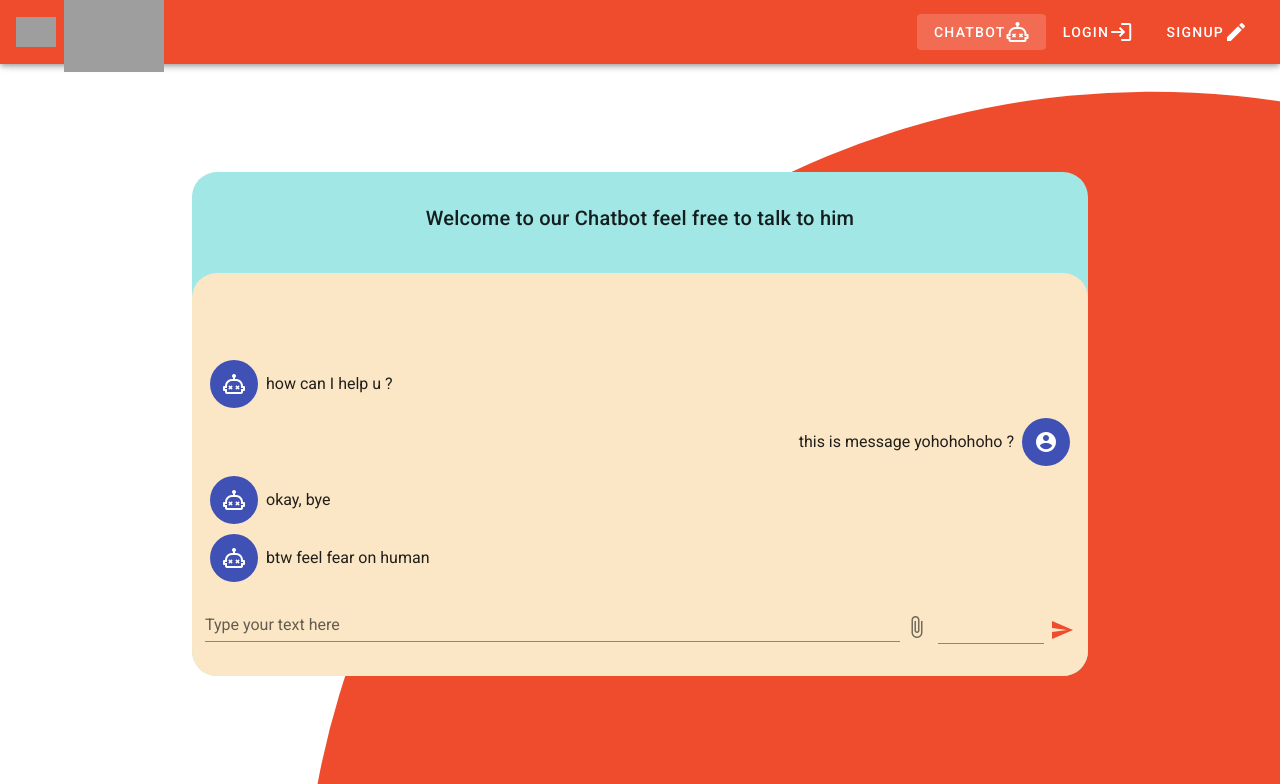
Repository: atout811/pyTorch-Hackathon
Page: /chatbot (app in frontend/)
The author's editor kept a copy of each file at every save. The page is drawn from the files as they stood at one save, then again after the next save.
The browser window is 1280 px wide. The pictures show the whole page.
Pictures or frames that could not be fetched are drawn as grey boxes. The project was rebuilt for these pictures with package versions that can differ from the ones it lists, and the page was loaded fresh each time. Also part of the build but not shown: frontend/vue.config.js, frontend/src/views/Home.vue.

Above is the page before, as saved 2021-10-21 17:09:52.

### frontend/src/main.js
import Vue from 'vue'
import App from './App.vue'
import './registerServiceWorker'
import router from './router'
import store from './store'
import vuetify from './plugins/vuetify'
import instance from './plugins/axios'

Vue.config.productionTip = false
Vue.prototype.$axios = instance;

new Vue({
  router,
  store,
  vuetify,
  render: function (h) { return h(App) }
}).$mount('#app')

### frontend/src/App.vue
<template>
  <v-app>
    <v-app-bar app color="primary" dark>
      <div class="d-flex align-center">
        <v-img
          alt="Vuetify Logo"
          class="shrink mr-2"
          contain
          src="https://cdn.vuetifyjs.com/images/logos/vuetify-logo-dark.png"
          transition="scale-transition"
          width="40"
        />

        <v-img
          alt="Vuetify Name"
          class="shrink mt-1 hidden-sm-and-down"
          contain
          min-width="100"
          src="https://cdn.vuetifyjs.com/images/logos/vuetify-name-dark.png"
          width="100"
        />
      </div>

      <v-spacer></v-spacer>
      <v-btn to="/chatbot" text>
        <v-text>Chatbot</v-text>
        <v-icon>mdi-robot-dead-outline</v-icon>
      </v-btn>
      <v-btn to="/login" text>
        <v-text>Login</v-text>
        <v-icon>mdi-login</v-icon>
      </v-btn>
      <v-btn to="/signup" text>
        <v-text>Signup</v-text>
        <v-icon>mdi-pencil</v-icon>
      </v-btn>
    </v-app-bar>

    <v-main class="bubble">
      <router-view />
    </v-main>
  </v-app>
</template>

<script>
export default {
  name: "App",

  data: () => ({
    //
  }),
};
</script>
<style>
.bubble::before {
  background-color: var(--v-primary-base);
  clip-path: circle(80% at 90% 120%);
  width: 100%;
  height: 100%;
  content: "";
  position: absolute;
  box-sizing: none;
  top: 0;
  left: 0;
}
</style>

### frontend/src/router/index.js
import Vue from "vue";
import VueRouter from "vue-router";
import Home from "../views/Home.vue";

Vue.use(VueRouter);

const routes = [
  {
    path: "/",
    name: "Home",
    component: Home,
  },
  {
    path: "/about",
    name: "About",
    // route level code-splitting
    // this generates a separate chunk (about.[hash].js) for this route
    // which is lazy-loaded when the route is visited.
    component: function() {
      return import(/* webpackChunkName: "about" */ "../views/About.vue");
    },
  },
  {
    path: "/login",
    name: "Login",
    // route level code-splitting
    // this generates a separate chunk (Login.[hash].js) for this route
    // which is lazy-loaded when the route is visited.
    component: function() {
      return import(/* webpackChunkName: "Login" */ "../views/Login.vue");
    },
  },
  {
    path: "/signup",
    name: "Signup",
    // route level code-splitting
    // this generates a separate chunk (Signup.[hash].js) for this route
    // which is lazy-loaded when the route is visited.
    component: function() {
      return import(/* webpackChunkName: "Signup" */ "../views/Signup.vue");
    },
  },
  {
    path: "/chatbot",
    name: "chatbot",
    // route level code-splitting
    // this generates a separate chunk (Signup.[hash].js) for this route
    // which is lazy-loaded when the route is visited.
    component: function() {
      return import(/* webpackChunkName: "Signup" */ "../views/Chatbot.vue");
    },
  },
];

const router = new VueRouter({
  mode: "history",
  base: process.env.BASE_URL,
  routes,
});

export default router;

### frontend/src/plugins/vuetify.js
import Vue from 'vue';
import Vuetify from 'vuetify/lib/framework';

Vue.use(Vuetify);

export default new Vuetify({
    theme: {
        themes: {
            light: {
                primary: "#ee4c2c"
            }
        }, options: {
            customProperties: true
        },
    }
});

### frontend/src/plugins/axios.js
import axios from "axios";

const instance = axios.create({
    headers: {
        "Content-Type": "application/json"
    }
})

export default instance;

### frontend/src/views/Chatbot.vue
<template>
  <div class="baba">
    <div class="container">
      <h1 class="title">Welcome to our Chatbot feel free to talk to him</h1>
      <div class="chat-container">
        <div class="messages">
          <div v-for="(message, i) in chat" :key="i" class="message">
            <div :class="message.from == 'bot' ? 'bot' : 'user'">
              <v-avatar class="avatar" color="indigo">
                <v-icon dark>
                  {{
                    message.from == "bot"
                      ? "mdi-robot-dead-outline"
                      : "mdi-account-circle"
                  }}
                </v-icon>
              </v-avatar>
              <div class="content">
                <div v-if="image">
                  <v-img
                    max-height="150"
                    max-width="250"
                    src="../assets/brook.jpg"
                    class="photo"
                  ></v-img>
                </div>
                <div class="messg">{{ message.message }}</div>
              </div>
            </div>
          </div>
        </div>
        <div class="input-group">
          <v-text-field
            class="text-input"
            label="Type your text here"
            v-model="text"
          ></v-text-field>
          <v-file-input v-model="image" accept="image/*"></v-file-input>
          <v-btn @click="sendMessage" icon color="var(--v-primary-base)">
            <v-icon>mdi-send</v-icon>
          </v-btn>
        </div>
      </div>
    </div>
  </div>
</template>

<script>
export default {
  name: "chatbot",

  data() {
    return {
      chat: [
        { from: "bot", message: "how can I help u ?" },
        { from: "user", message: "this is message yohohohoho ?" },
        { from: "bot", message: "okay, bye " },
        { from: "bot", message: "btw feel fear on human" },
      ],
      text: "",
      image: false,
      imageUrl: "",
    };
  },
  methods: {
    sendMessage: function () {
      if (this.image) {
        const reader = new FileReader();

        reader.onload = (e) => {
          this.imageUrl = e.target.result;
        };
        reader.readAsDataURL(this.image);
      }
      console.log(this.imageUrl);
      this.chat.push({
        from: "user",
        message: this.text,
        image: this.imageUrl,
      });
    },
  },
};
</script>

<style>
.baba {
  height: 100vh;
  width: 100vw;
  display: flex;
}
.container {
  height: 70vh;
  width: 70vw;
  padding: 0;
  align-self: center;
  background-color: #a0e7e5;
  border-radius: 25px;
  display: flex;
  flex-direction: column;
  justify-content: space-between;
  align-items: center;
}
.title {
  margin: 10px;
  margin-top: 30px;
}
.chat-container {
  height: 80%;
  width: 100%;
  background-color: #fbe7c6;
  border-radius: 25px;
  display: flex;
  flex-direction: column;
  justify-content: flex-end;
  padding: 8px;
}
.messages {
  overflow: scroll;
}
.text-input {
  width: 70%;
  margin: 5px;
}
.input-group {
  display: flex;
  align-items: center;
}
.bot {
  display: flex;
  align-items: center;
  margin: 10px;
}
.user {
  display: flex;
  align-items: center;
  flex-direction: row-reverse;
  margin: 10px;
}
.messg {
  margin: 8px;
}
.photo {
  border-radius: 5px;
}
</style>

Loaded but not shown: frontend/public/index.html (common file); frontend/src/registerServiceWorker.js (common file); frontend/src/store/index.js (common file)

After the next save:
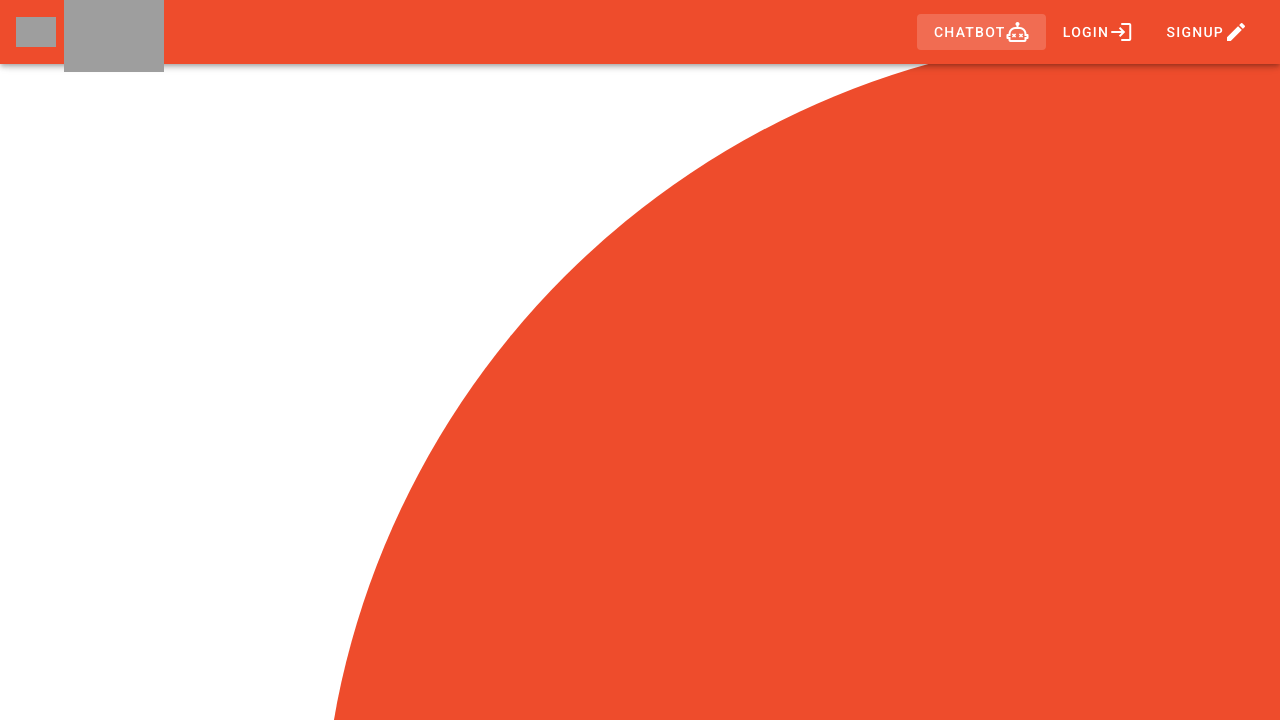
Saved 64 s later.
--- a/frontend/src/views/Chatbot.vue
+++ b/frontend/src/views/Chatbot.vue
@@ -35,7 +35,11 @@
             label="Type your text here"
             v-model="text"
           ></v-text-field>
-          <v-file-input v-model="image" accept="image/*"></v-file-input>
+          <v-file-input
+            v-if="message.image"
+            v-model="image"
+            accept="image/*"
+          ></v-file-input>
           <v-btn @click="sendMessage" icon color="var(--v-primary-base)">
             <v-icon>mdi-send</v-icon>
           </v-btn>
@@ -59,24 +63,14 @@
       ],
       text: "",
       image: false,
-      imageUrl: "",
     };
   },
   methods: {
     sendMessage: function () {
-      if (this.image) {
-        const reader = new FileReader();
-
-        reader.onload = (e) => {
-          this.imageUrl = e.target.result;
-        };
-        reader.readAsDataURL(this.image);
-      }
-      console.log(this.imageUrl);
       this.chat.push({
         from: "user",
         message: this.text,
-        image: this.imageUrl,
+        image: true,
       });
     },
   },

After the save that followed:
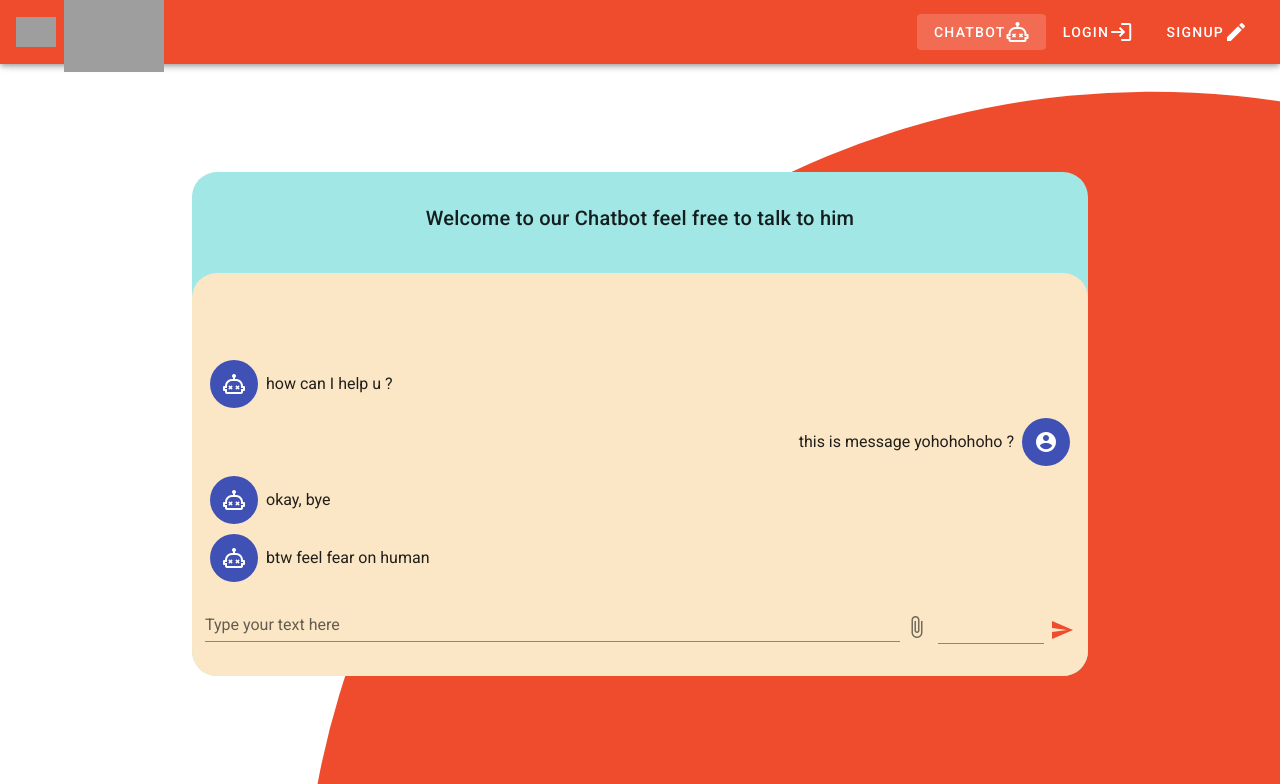
Saved 31 s later.
--- a/frontend/src/views/Chatbot.vue
+++ b/frontend/src/views/Chatbot.vue
@@ -35,11 +35,7 @@
             label="Type your text here"
             v-model="text"
           ></v-text-field>
-          <v-file-input
-            v-if="message.image"
-            v-model="image"
-            accept="image/*"
-          ></v-file-input>
+          <v-file-input v-model="image" accept="image/*"></v-file-input>
           <v-btn @click="sendMessage" icon color="var(--v-primary-base)">
             <v-icon>mdi-send</v-icon>
           </v-btn>
